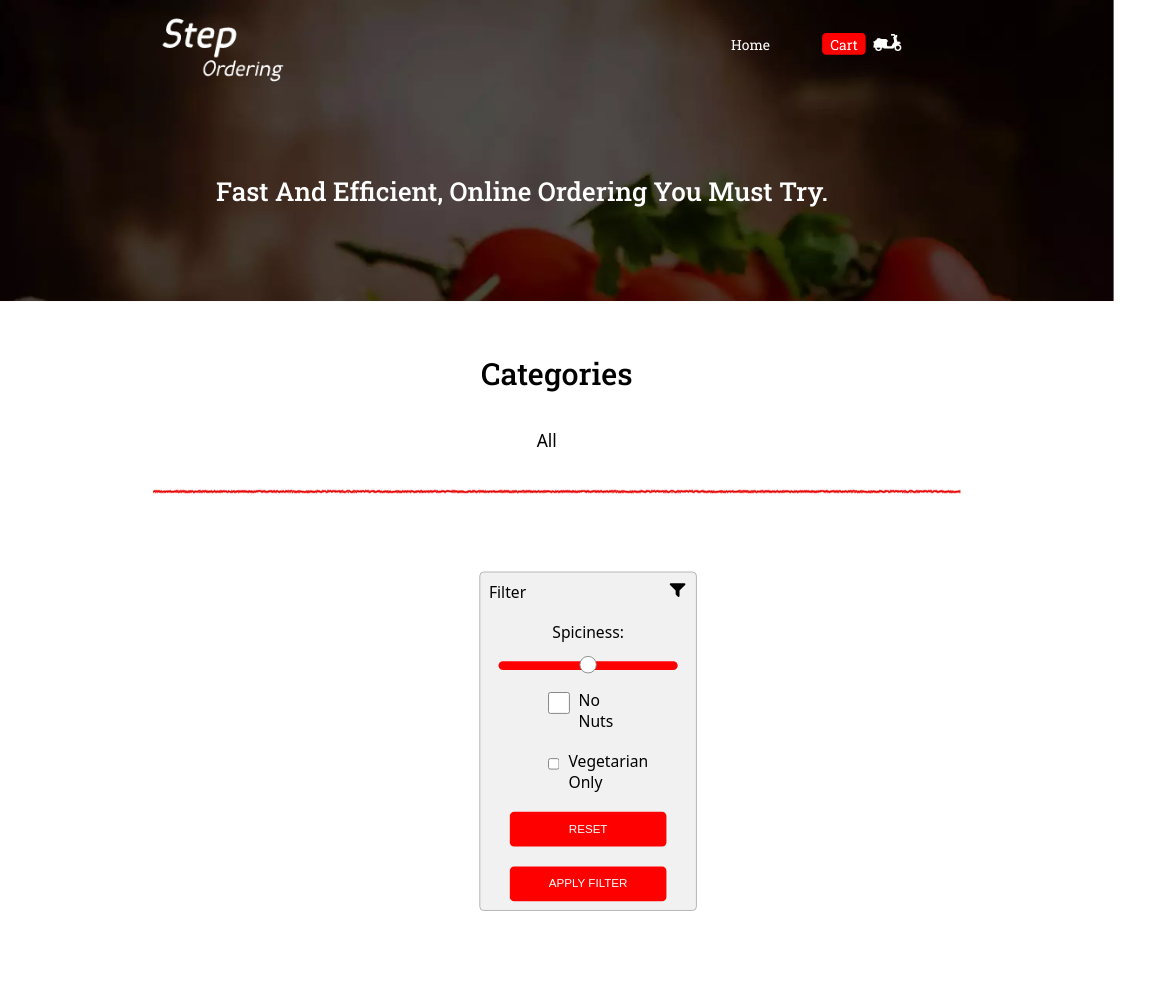
Repository: anastasia29-step/Online-Restaurant
Page: index.html
The author's editor kept a copy of each file at every save. The page is drawn from the files as they stood at one save, then again after the next save.
The browser window is 1280 px wide. The page is 1340 px wide, so the pictures cover 1340 px, including what lies to the right of the window. The pictures show the whole page, at 87% of full size.
Some web libraries are served in a nearby version.

Above is the page before, as saved 2026-03-10 16:22:08.
Not found: app.js/

### index.html
<!DOCTYPE html>
<html lang="en">

<head>
    <meta charset="UTF-8">
    <meta name="viewport" content="width=device-width, initial-scale=1.0">
    <title>Document</title>
    <link rel="stylesheet" href="style.css">
    <link rel="preconnect" href="https://fonts.googleapis.com">
    <link rel="preconnect" href="https://fonts.gstatic.com" crossorigin>
    <link href="https://fonts.googleapis.com/css2?family=Roboto+Slab:wght@100..900&display=swap" rel="stylesheet">
    <link rel="stylesheet" href="https://cdnjs.cloudflare.com/ajax/libs/font-awesome/7.0.1/css/all.min.css"
        integrity="sha512-2SwdPD6INVrV/lHTZbO2nodKhrnDdJK9/kg2XD1r9uGqPo1cUbujc+IYdlYdEErWNu69gVcYgdxlmVmzTWnetw=="
        crossorigin="anonymous" referrerpolicy="no-referrer" />
</head>

<body>

    <section class="FirstLine">

    <div class="beside" id="navbar">
        <div class="left">
            <a href="./index.html"><img src="./photo/logo.png" alt=""></a>
        </div>

        <div class="right">
            <a href="./index.html">Home</a>
            <a href="./Cart.html" class="a">Cart</a>
            <a href="./Cart.html">
            <img src="./photo/istockphoto-609074524-612x612 Background Removed.png" alt=""></a>
        </div>
    </div>

    <div class="bottom">
        <h1>Fast And Efficient, Online Ordering You Must Try.</h1>
    </div>

</section>
    <section class="section">
        <h1>Categories</h1>
        <ul>
            <li onclick="showAll()">All</li>
        </ul>
        <img src="./photo/border.png" alt="">
    </section>
    <form class="sectionCard">
        <div class="leftSide">
            <div class="filteredCard">
                <div class="first">
                    <p>Filter</p>
                    <i class="fa-solid fa-filter"></i>
                </div>
                <p>Spiciness:</p>
                <input class="range" type="range">
                <div class="next">
                    <input type="checkbox">
                    <p>No Nuts</p>
                </div>
                <div class="next">
                    <input type="checkbox">
                    <p>Vegetarian Only</p>
                </div>
                <button class="reset" onclick="reset()">RESET</button>
                <button class="apply" onclick="apply()">APPLY FILTER</button>
            </div>
        </div>
        <div class="rightSide">

        </div>
    </form>




    <script src="app.js\"></script>
</body>

</html>

### style.css
* {
    margin: 0;
    padding: 0;
    box-sizing: border-box;
}

.section {
    display: flex;
    flex-direction: column;
    justify-content: center;
    align-items: center;
    padding: 60px;
    gap: 10px;
}

section.section img {
    width: 80%;
    height: 5px;
    margin-bottom: 80px;
    display: flex;
    justify-content: center;
    align-items: center;
}

.section h1 {
    font-style: bold;
    font-family: "Roboto Slab", serif;
    font-weight: 900;
}

ul {
    display: flex !important;
    justify-content: center;
    height: 90px;
    width: 1400px;
    flex-wrap: wrap;
    list-style: none;
    gap: 23px;
    font-family: system-ui, -apple-system, BlinkMacSystemFont, 'Segoe UI', Roboto, Oxygen, Ubuntu, Cantarell, 'Open Sans', 'Helvetica Neue', sans-serif;
    align-items: center;
}

ul::after {
    content: "";
    display: block;
    height: 6px;
    background-image: url("border.png");
    background-repeat: repeat-x;
    background-position: bottom;
}

.FirstLine {
    height: 48vh;
    background-image: url(./photo/inner_banner.jpg);
    background-position: center;
    background-repeat: no-repeat;
    background-size: cover;
    padding-left: 170px;
    padding-top: 20px;
}

.beside {
    position: fixed;
    top: 0;
    left: 0;
    width: 100%;
    display: flex;
    justify-content: space-between;
    padding: 20px 170px;
    transition: 0.3s;
    z-index: 1000;
}

.beside.active {
    backdrop-filter: blur(10px);
    background: rgba(0, 0, 0, 0.9);
}

.beside.active::after {
    content: "";
    position: absolute;
    bottom: 0;
    left: 0;
    width: 100%;
    height: 100px;
    background-image: url("photo/border.png");
    background-repeat: repeat-x;
    content: "";
    position: absolute;
    bottom: 0;
    left: 0;
    width: 100%;
    height: 5px;
    background-image: url("photo/border.png");
    background-repeat: repeat-x;
}

.beside .right {
    display: flex;
    gap: 20px;
    padding-right: 60px;
    padding-top: 20px;
}

.FirstLine .right :first-child:hover {
    color: #FFCC00;
}

.beside .right a {
    text-decoration: none;
    color: white;
    font-family: "Roboto Slab", serif;
}

.beside .right .a {
    background-color: red;
    width: 50px;
    height: 25px;
    padding-top: 2px;
    text-align: center;
    border-radius: 5px;
    margin-top: -2px;
    margin-left: 40px;
}

.beside .right .a:hover+a img {
    transform: translateX(50px);
}

.beside .right img {
    width: 60px;
    margin-top: -21px;
    margin-left: -25px;
    transition: transform 3.0s;
}

.FirstLine .bottom h1 {
    text-align: center;
    color: white;
    margin-top: 180px;
    margin-right: 250px;
    font-size: 30px;
    font-weight: 500;
    font-family: "Roboto Slab", serif;
}

.section h1 {
    font-weight: 500;
    font-size: 35px;
}

ul li {
    height: 100%;
    font-size: 20px;
    cursor: pointer;
    transition: 0.3s;
    display: flex;
    justify-content: center;
    align-items: center;

}

ul li:hover {
    background-color: red;
    color: white;

}

.sectionCard {
    display: flex;
    width: 100%;
    padding: 60px;
    justify-content: center;
    margin-top: -150px;
    /* background-color: aqua; */
}

.leftSide {
    width: 30%;
    padding: 40px;
    /* background-color: yellow; */
    margin-left: 50px;
}

.filteredCard {
    width: 250px;
    height: 390px;
    display: flex;
    flex-direction: column;
    justify-content: space-between;
    align-items: center;
    padding: 10px;
    background-color: #F1F1F1;
    border: 1px solid rgb(174, 172, 172);
    border-radius: 5px;
    font-family: system-ui, -apple-system, BlinkMacSystemFont, 'Segoe UI', Roboto, Oxygen, Ubuntu, Cantarell, 'Open Sans', 'Helvetica Neue', sans-serif;
    font-size: 18px;
    margin-left: 50px;

}

.first {
    display: flex;
    width: 100%;
    justify-content: space-between;
}

.next {
    display: flex;
    width: 40%;
    gap: 10px;
    justify-content: flex-start;
}

.next input {
    width: 30px;
    height: 30px;
}

.filteredCard button {
    height: 40px;
    width: 180px;
    background-color: red;
    color: white;
    border: none;
    border-radius: 5px;
    cursor: pointer;
    transition: 0.5s;
}

.range {
    width: 90%;
    appearance: none;
    -webkit-appearance: none;
}
.range::-webkit-slider-runnable-track{
    height: 10px;
    background: red;
    border-radius: 10px;
}
.range::-webkit-slider-thumb{
    appearance: none;
    -webkit-appearance: none;
    width: 20px;
    height: 20px;
    background-color: white;
    border-radius: 50%;
    border: 1px solid grey;
    cursor: pointer;
    margin-top: -6px;
}
.range::-moz-range-track{
    height: 6px;
    background-color: red;
    border-radius: 10px;
}
.range::-moz-range-thumb{
    width: 18px;
    height: 18px;
    background-color: white;
    border-radius: 50%;
    cursor: pointer;
}


.filteredCard button:hover {
    background-color: #FFCC00;
}

.rightSide {
    display: flex;
    justify-content: center;
    flex-wrap: wrap;
    padding: 40px;
    gap: 25px;
    margin-left: -20px;
}

.card {
    width: 250px;
    height: 420px;
    display: flex;
    flex-direction: column;
    align-items: center;
    justify-content: space-between;
    padding-bottom: 15px;
    border: 1px solid grey;
    border-radius: 17px;
}

.card img {
    width: 100%;
    height: 200px;
    object-fit: cover;
    border-top-left-radius: 17px;
    border-top-right-radius: 17px;
    background-color: #CFCFCF;
}

.card h1 {
    font-size: 20px;
    font-family: system-ui, -apple-system, BlinkMacSystemFont, 'Segoe UI', Roboto, Oxygen, Ubuntu, Cantarell, 'Open Sans', 'Helvetica Neue', sans-serif;
}

.sides {
    display: flex;
    justify-content: center;
    gap: 7px;
}

.checks {
    display: flex;
    gap: 3px;
}

.card .bottom {
    width: 100%;
    padding: 10px;
    display: flex;
    justify-content: space-between;
    align-items: center;
}

.card .bottom button {
    height: 40px;
    width: 120px;
    display: flex;
    justify-content: center;
    align-items: center;
    border: 1px solid black;
}

After the next save:
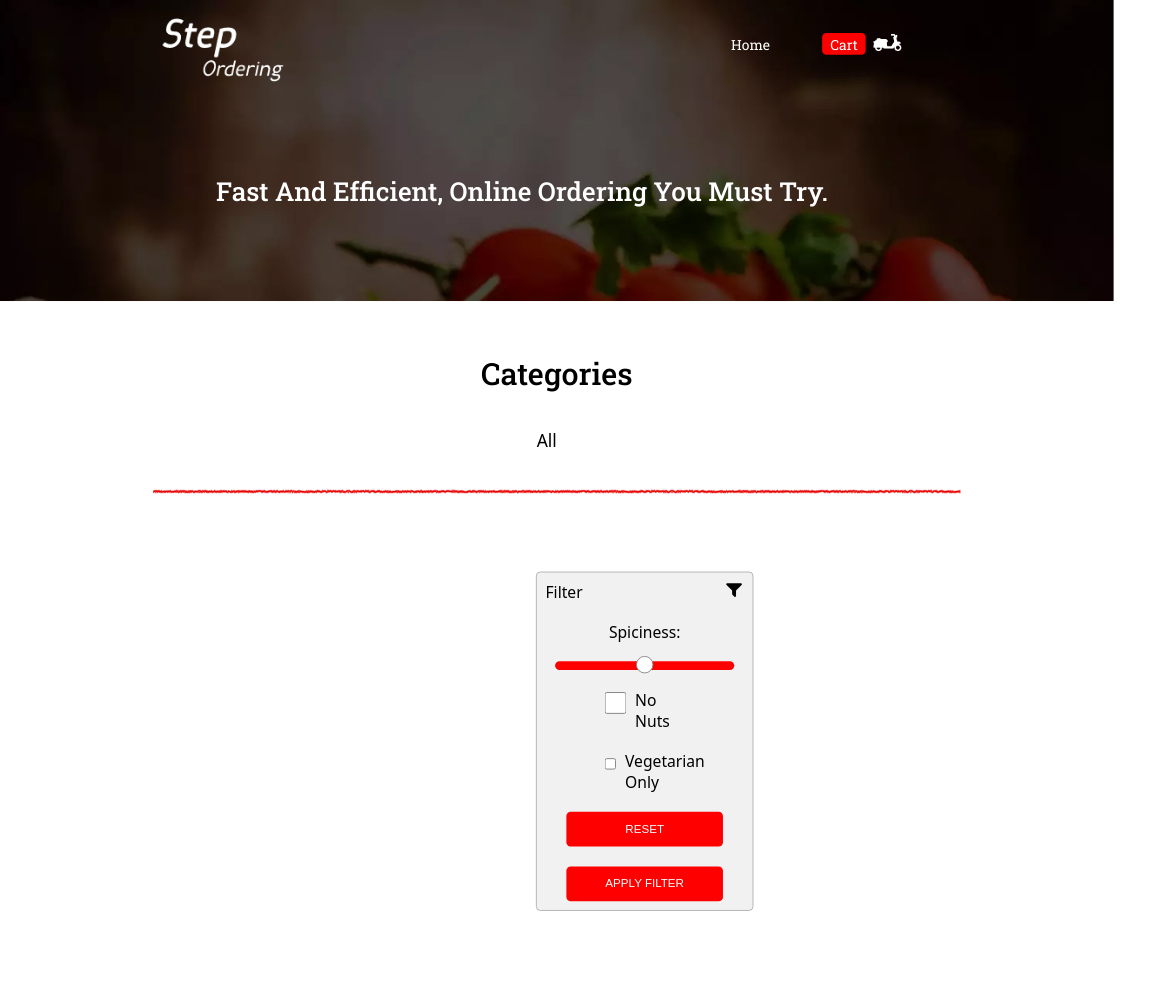
Saved 40 s later.
--- a/style.css
+++ b/style.css
@@ -273,7 +273,7 @@ ul li:hover {
     flex-wrap: wrap;
     padding: 40px;
     gap: 25px;
-    margin-left: -20px;
+    margin-left: -150px;
 }
 
 .card {
